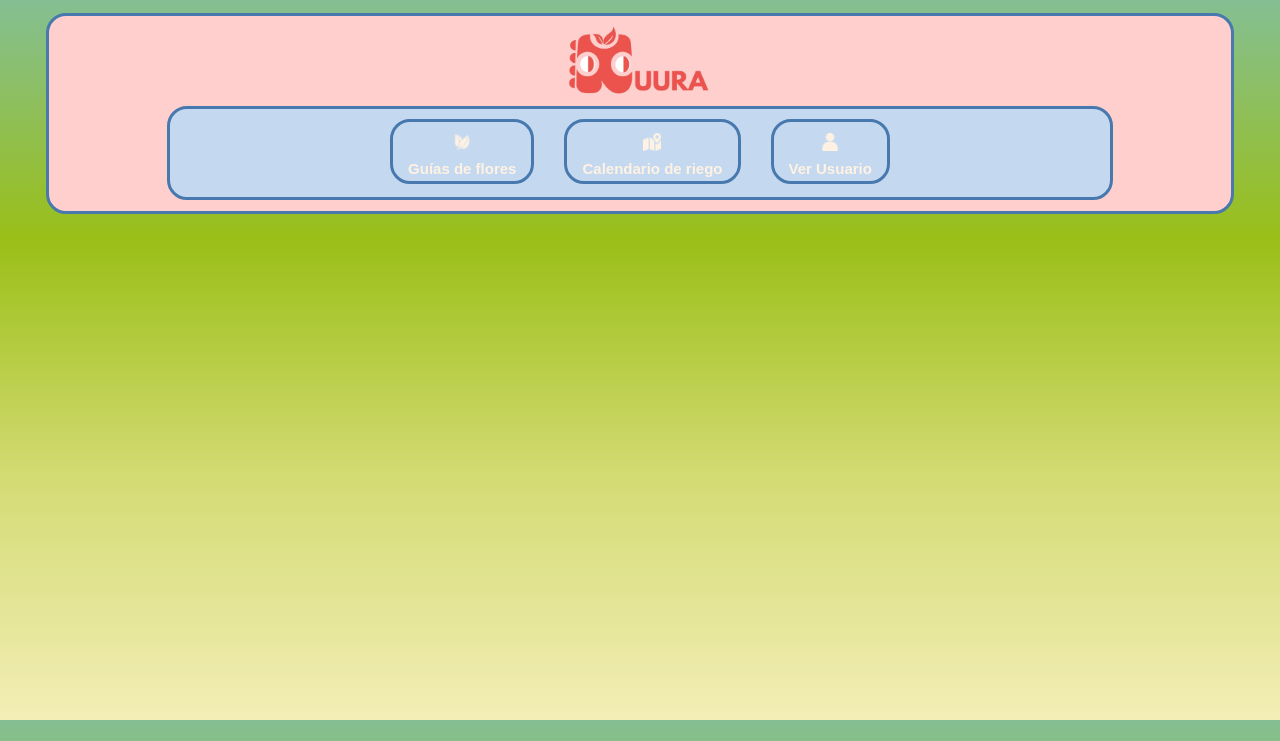
Repository: carrascokarencb37-afk/Nuura
Page: html/menu.html
An editor plug-in stored every save of this project. The page is shown before and after the next save, followed by the edit.
The browser window is 1280 px wide. The pictures show the whole page.
Backgrounds fixed to the window are drawn as part of the page.

Above is the page before, as saved 2026-05-28 23:06:23.
Console error: TypeError: Cannot set properties of null (setting 'innerHTML')

After the next save:
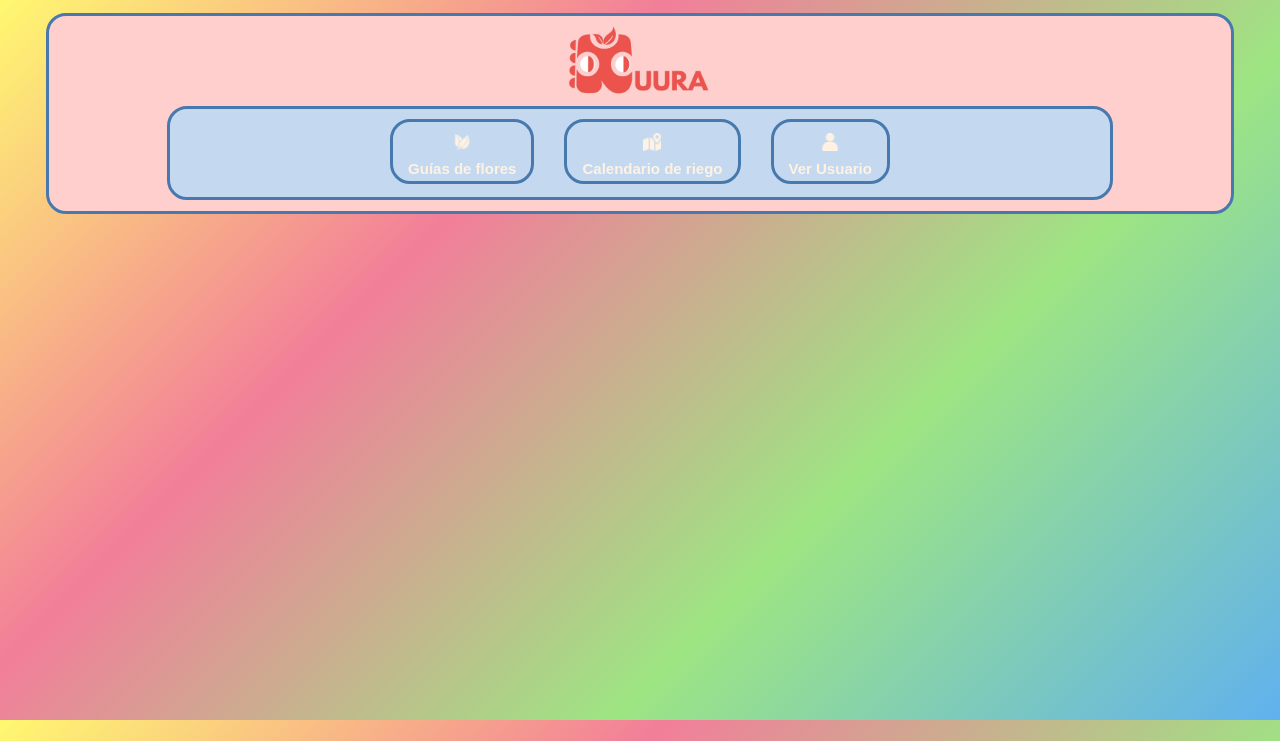
Saved 119 s later.
--- a/css/menu.css
+++ b/css/menu.css
@@ -1,6 +1,6 @@
 
 body{
-        background-image: linear-gradient(to top, #f3eeb6, #d4db74, #9abf17, #84bf93);
+        background: linear-gradient(135deg, #fff870, #f27e99, #9de583, #60b1ef);
         background-size: cover;
     background-attachment: fixed;
     min-height: 100vh;
